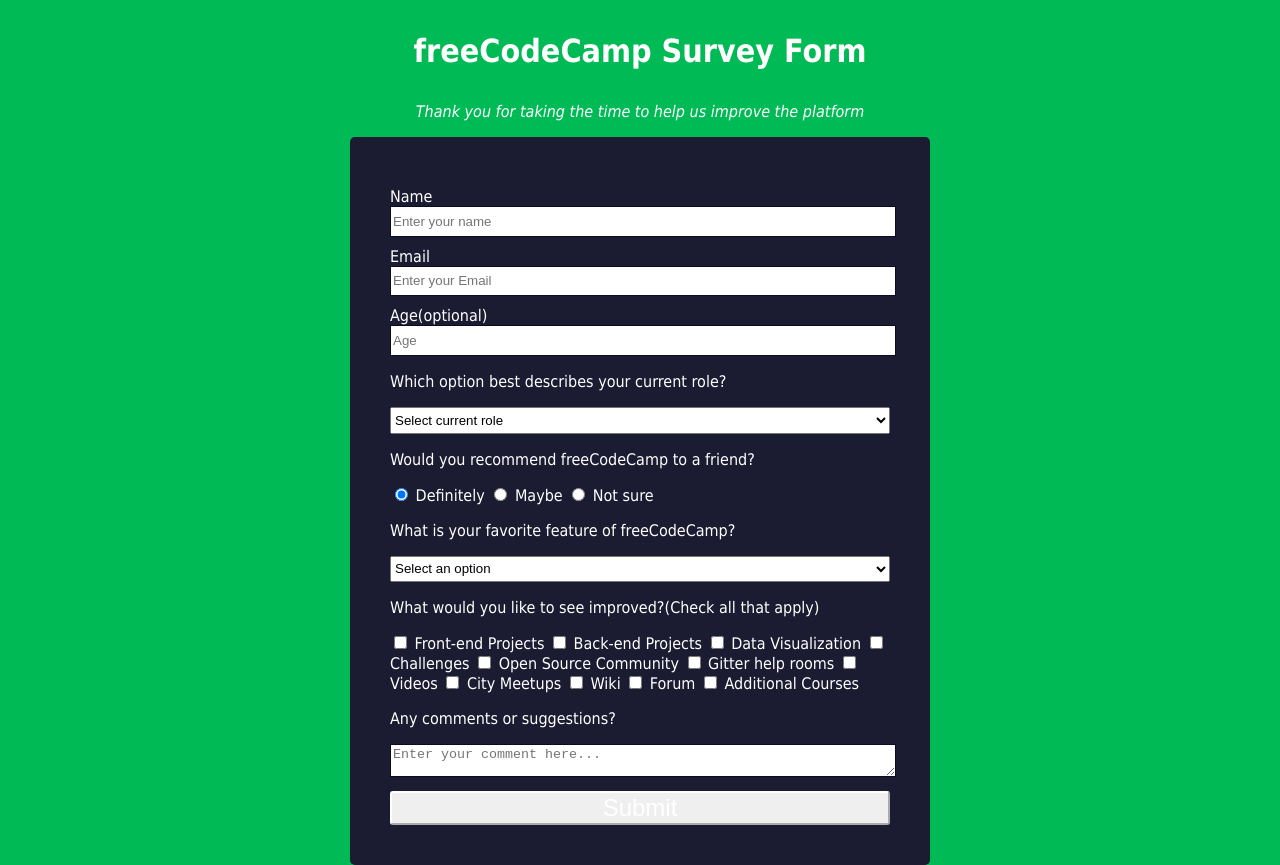
Repository: Lungdjos/survey_form_certification
Page: index.html
The author's editor kept a copy of each file at every save. The page is drawn from the files as they stood at one save, then again after the next save.
The browser window is 1280 px wide. The pictures show the whole page.

Above is the page before, as saved 2023-10-10 14:28:33.

### index.html
<!DOCTYPE html>
<html lang="en">

<head>
    <meta charset="UTF-8">
    <meta name="viewport" content="width=device-width, initial-scale=1.0">
    <title>Survey Form</title>
    <link rel="stylesheet" href="styles.css">
</head>

<body>
    <div class="container">
        <header class="header">
            <h1 id="title" class="text-center">freeCodeCamp Survey Form</h1>
            <p id="description" class="description text-center">
                Thank you for taking the time to help us improve the platform
            </p>
        </header>
        <form id="survey-form">
            <div class="form-group">
                <label id="name-label" for="name">Name</label>
                <input type="text" name="name" id="name" class="form-control" placeholder="Enter your name" required />
            </div>
            <div class="form-group">
                <label id="email-label" for="email">Email</label>
                <input type="email" name="email" id="email" class="form-control" placeholder="Enter your Email" required />
            </div>
            <div class="form-group">
                <label id="number-label" for="number">Age<span class="clue">(optional)</span></label>
                <input type="number" name="age" id="number" min="10" max="99" class="form-control" placeholder="Age" />
            </div>
            <div class="form-group">
                <p>Which option best describes your current role?</p>
                <select id="dropdown" name="role" class="form-control" required>
                    <option disabled selected value>Select current role</option>
                    <option value="student">Student</option>
                    <option value="job">Full Time Job</option>
                    <option value="learner">Full Time Learner</option>
                    <option value="preferNo">Prefer not to say</option>
                    <option value="other">Other</option>
                </select>
            </div>

            <div class="form-group">
                <p>Would you recommend freeCodeCamp to a friend?</p>
                <label><input name="user-recommend" value="definitely" type="radio" class="input-radio" checked /> Definitely</label>
                <label><input name="user-recommend" value="maybe" type="radio" class="input-radio" /> Maybe</label>
                <label><input name="user-recommend" value="not-sure" type="radio" class="input-radio" /> Not sure</label>
            </div>

            <div class="form-group">
                <p>What is your favorite feature of freeCodeCamp?</p>
                <select id="most-like" name="mostLike" class="form-control" required>
                    <option disabled selected value>Select an option</option>
                    <option value="challenges">Challenges</option>
                    <option value="projects">Projects</option>
                    <option value="community">Community</option>
                    <option value="openSource">Open Source</option>
                </select>
            </div>

            <div class="form-group">
                <p>What would you like to see improved?<span class="clue">(Check all that apply)</span></p>
                <label><input name="prefer" value="front-end-projects" type="checkbox" class="input-checkbox" /> Front-end Projects</label>
                <label><input name="prefer" value="back-end-projects" type="checkbox" class="input-checkbox" /> Back-end Projects</label>
                <label><input name="prefer" value="data-visualization" type="checkbox" class="input-checkbox" /> Data Visualization</label>
                <label><input name="prefer" value="challenges" type="checkbox" class="input-checkbox" /> Challenges</label>
                <label><input name="prefer" value="open-source-community" type="checkbox" class="input-checkbox" /> Open Source Community</label>
                <label><input name="prefer" value="gitter-help-rooms" type="checkbox" class="input-checkbox" /> Gitter help rooms</label>
                <label><input name="prefer" value="videos" type="checkbox" class="input-checkbox" /> Videos</label>
                <label><input name="prefer" value="city-meetups" type="checkbox" class="input-checkbox" /> City Meetups</label>
                <label><input name="prefer" value="wiki" type="checkbox" class="input-checkbox" /> Wiki</label>
                <label><input name="prefer" value="forum" type="checkbox" class="input-checkbox" /> Forum</label>
                <label><input name="prefer" value="additional-courses" type="checkbox" class="input-checkbox" /> Additional Courses</label>
            </div>

            <div class="form-group">
                <p>Any comments or suggestions?</p>
                <textarea id="comments" class="input-textarea" name="comment" placeholder="Enter your comment here..."></textarea>
            </div>

            <div class="form-group">
                <button type="submit" id="submit" class="submit-button">Submit</button>
            </div>
        </form>
    </div>
</body>

</html>

### styles.css
/* designs for the survey form */


/* CSS for the Registration Form */

body {
    width: 100%;
    height: 100vh;
    /* will need to set the value to */
    margin: 15px 0 15px 0;
    color: #fff;
    font-size: 16px;
    font-family: Tahoma;
    background-color: #0b5;
}

.form-group {
    margin: 10px 0 0 0;
    width: 100%;
    border-radius: 3px;
    min-height: 2em;
}

input,
textarea {
    background-color: #fff;
    border: 1px solid #0a0a23;
    color: #0a0a23;
    ;
}

#title,
#description {
    margin: 1em auto;
    text-align: center;
}

#description {
    font-style: italic;
}

#survey-form {
    /* margin: 0px 30px 0px 30px; */
    margin: 0 auto;
    max-width: 500px;
    min-width: 300px;
    width: 60vw;
    background-color: #1b1b32;
    border-radius: 5px;
    padding: 40px;
}

button:hover {
    background-color: blanchedalmond;
    margin-bottom: 2em;
    color: #0a0a23;
    border: 4px solid #3b3b4f;
    border-radius: 8px;
}

button {
    display: block;
    width: 100%;
    margin: auto;
    font-size: 1.5rem;
    background-color: #3af65;
    color: #fff;
    border-color: white;
    min-width: 1em;
    border-radius: 3px;
}

input[type="text"],
input[type="email"],
input[type="number"],
select,
textarea {
    width: 100%;
    margin: auto;
    height: 2em;
}

#height {}

After the next save:
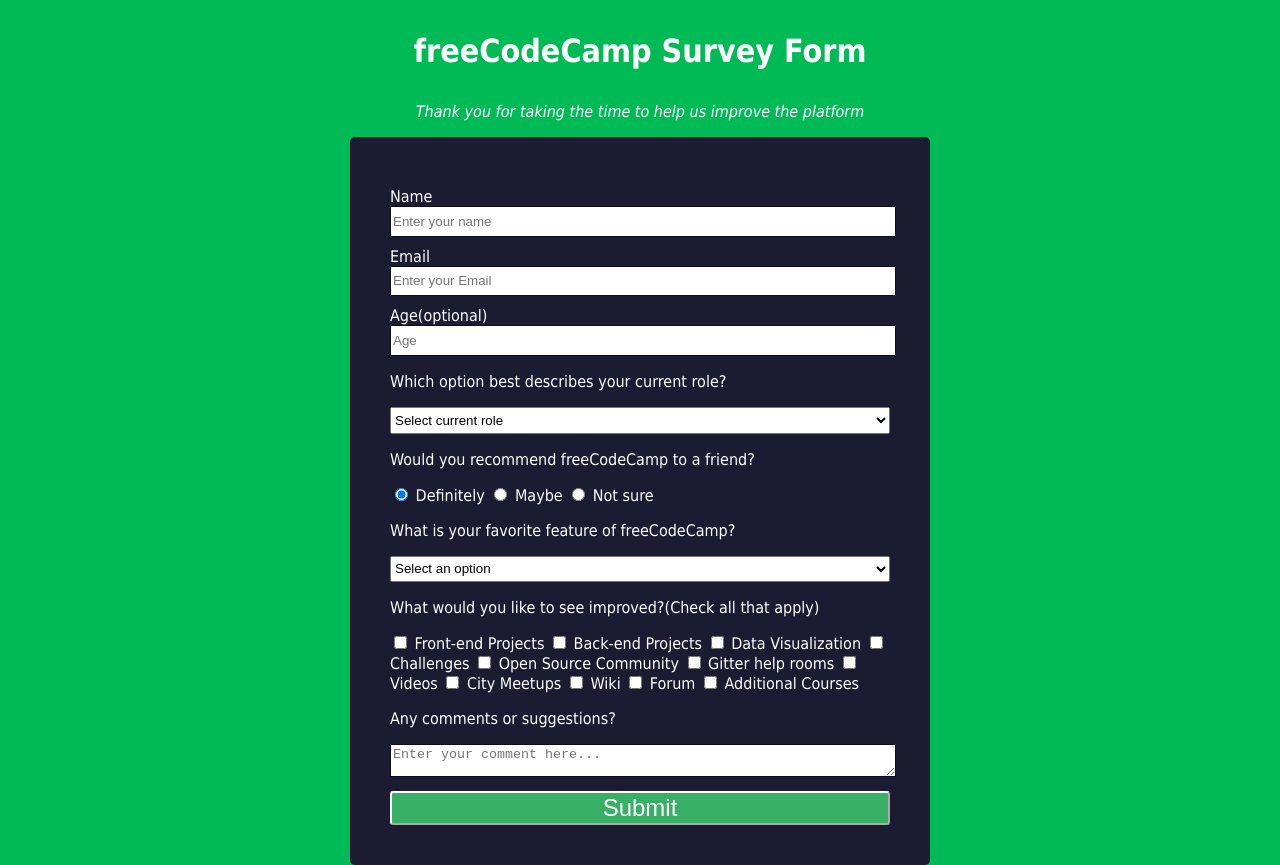
Saved 40 s later.
--- a/styles.css
+++ b/styles.css
@@ -63,7 +63,7 @@
     width: 100%;
     margin: auto;
     font-size: 1.5rem;
-    background-color: #3af65;
+    background-color: #37af65;
     color: #fff;
     border-color: white;
     min-width: 1em;
